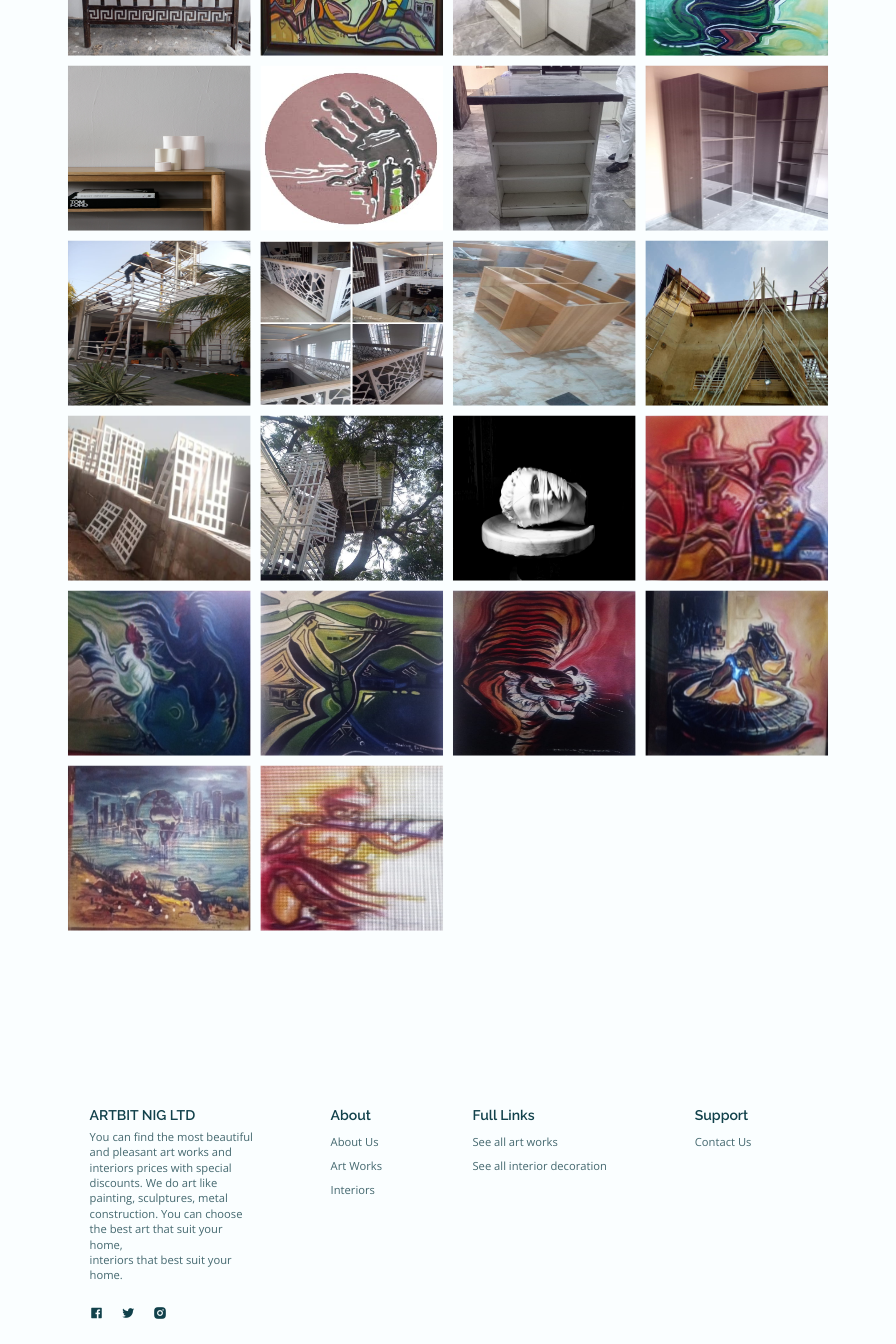
Repository: uche-hub/ARTBIT-WEB
Page: interiors.html
The author's editor kept a copy of each file at every save. The page is drawn from the files as they stood at one save, then again after the next save.
The browser window is 1280 px wide. The pictures show the part of the page from y = 1182 to 3102 px (the page is 3204 px tall), at 70% of full size.

Above is the page before, as saved 2021-11-17 15:39:52.
Console error: TypeError: Cannot read properties of null (reading 'classList')

### interiors.html
<!DOCTYPE html>
<html lang="en">
  <head>
    <meta charset="UTF-8" />
    <meta name="viewport" content="width=device-width, initial-scale=1.0" />

    <link rel="shortcut icon" href="assets/img/favicon.png" type="image/png" />

    <!--=============== REMIXICONS ===============-->
    <link
      href="https://cdn.jsdelivr.net/npm/remixicon@2.5.0/fonts/remixicon.css"
      rel="stylesheet"
    />

    <!--=============== SWIPER CSS ===============-->
    <link rel="stylesheet" href="assets/css/swiper-bundle.min.css" />

    <!--=============== CSS ===============-->
    <link rel="stylesheet" href="assets/css/styles.css" />
    <title>Art Work</title>
  </head>

  <body>
    <header class="header" id="header">
      <nav class="nav container">
        <a href="index.html" class="nav__logo">ARTBIT NIG LTD</a>

        <div class="nav__menu" id="nav-menu">
          <ul class="nav__list">
            <li class="nav__item">
              <a href="index.html" class="nav__link">Home</a>
            </li>
            <li class="nav__item">
              <a href="about.html" class="nav__link">About</a>
            </li>
            <li class="nav__item">
              <a href="interiors.html" class="nav__link active-link"
                >Interiors</a
              >
            </li>
            <li class="nav__item">
              <a href="art.html" class="nav__link">Art Works</a>
            </li>
            <li class="nav__item">
              <a href="contact.html" class="nav__link">Contact Us</a>
            </li>
          </ul>

          <div class="nav__dark">
            <!-- Theme change button -->
            <span class="change-theme-name">Dark mode</span>
            <i class="ri-moon-line change-theme" id="theme-button"></i>
          </div>

          <i class="ri-close-line nav__close" id="nav-close"></i>
        </div>

        <div class="nav__toggle" id="nav-toggle">
          <i class="ri-function-line"></i>
        </div>
      </nav>
    </header>

    <main class="main">
      <section class="home" id="home">
        <img src="assets/img/interiorsbg2.jpg" alt="" class="home__img" />

        <div class="home__container container grid">
          <div class="home__data">
            <span class="home__data-subtitle"
              >Discover all our interior designs</span
            >
            <h1 class="home__data-title">
              Explore The <br />Best <b>Beautiful home designs</b>
            </h1>
          </div>

          <div class="home__social">
            <a
              href="https://www.facebook.com/"
              target="_blank"
              class="home__social-link"
            >
              <i class="ri-facebook-box-fill"></i>
            </a>
            <a
              href="https://www.instagram.com/"
              target="_blank"
              class="home__social-link"
            >
              <i class="ri-instagram-fill"></i>
            </a>
            <a
              href="https://twitter.com/"
              target="_blank"
              class="home__social-link"
            >
              <i class="ri-twitter-fill"></i>
            </a>
          </div>
        </div>
      </section>

      <!--=============== ART GALLERY ===========-->
      <section class="art section" id="art">
        <div class="wrapper">
          <nav>
            <div class="items">
              <span class="item active" data-name="all">All</span>
              <span class="item" data-name="painting">Rooms</span>
              <span class="item" data-name="sculptures">Funituress</span>
            </div>
          </nav>
          <!--========= FILTER IMAGE ===========-->
          <div class="gallery">
            <div class="image" data-name="painting">
              <span
                ><img src="/assets/img/interior1.jpeg" alt="painting 1"
              /></span>
            </div>
            <div class="image" data-name="painting">
              <span><img src="/assets/img/act1.jpeg" alt="painting 1" /></span>
            </div>
            <div class="image" data-name="metal">
              <span><img src="/assets/img/i2.jpeg" alt="metal 1" /></span>
            </div>
            <div class="image" data-name="metal">
              <span><img src="/assets/img/a1.jpeg" alt="metal 1" /></span>
            </div>
            <div class="image" data-name="sculptures">
              <span
                ><img src="/assets/img/interiors3.jpg" alt="sculptures 1"
              /></span>
            </div>
            <div class="image" data-name="sculptures">
              <span><img src="/assets/img/a3.jpeg" alt="sculptures 1" /></span>
            </div>
            <div class="image" data-name="painting">
              <span><img src="/assets/img/i3.jpeg" alt="painting 2" /></span>
            </div>
            <div class="image" data-name="metal">
              <span><img src="/assets/img/i4.jpeg" alt="metal 2" /></span>
            </div>
            <div class="image" data-name="sculptures">
              <span><img src="/assets/img/i5.jpeg" alt="sculptures 2" /></span>
            </div>
            <div class="image" data-name="painting">
              <span><img src="/assets/img/i6.jpeg" alt="painting 3" /></span>
            </div>
            <div class="image" data-name="metal">
              <span><img src="/assets/img/i7.jpeg" alt="metal 3" /></span>
            </div>
            <div class="image" data-name="sculptures">
              <span><img src="/assets/img/i8.jpeg" alt="sculptures 3" /></span>
            </div>
            <div class="image" data-name="painting">
              <span><img src="/assets/img/i9.jpeg" alt="painting 4" /></span>
            </div>
            <div class="image" data-name="metal">
              <span><img src="/assets/img/i10.jpeg" alt="metal 4" /></span>
            </div>
            <div class="image" data-name="sculptures">
              <span><img src="/assets/img/s4.jpg" alt="sculptures 4" /></span>
            </div>




            <div class="image" data-name="painting">
              <span><img src="/assets/img/a4.jpeg" alt="painting 2" /></span>
            </div>
            <div class="image" data-name="metal">
              <span><img src="/assets/img/a5.jpeg" alt="metal 2" /></span>
            </div>
            <div class="image" data-name="sculptures">
              <span><img src="/assets/img/a6.jpeg" alt="sculptures 2" /></span>
            </div>
            <div class="image" data-name="painting">
              <span><img src="/assets/img/a7.jpeg" alt="painting 3" /></span>
            </div>
            <div class="image" data-name="metal">
              <span><img src="/assets/img/a8.jpeg" alt="metal 3" /></span>
            </div>
            <div class="image" data-name="sculptures">
              <span><img src="/assets/img/a9.jpeg" alt="sculptures 3" /></span>
            </div>
            <div class="image" data-name="painting">
              <span><img src="/assets/img/a10.jpeg" alt="painting 4" /></span>
            </div>
          </div>
        </div>
      </section>

      <!-- Full Screen Image Preview Box-->
      <div class="preview-box">
        <div class="details">
          <span class="title"
            >Image Category:
            <p>Not Defined</p></span
          >
          <span class="icon ri-close-line"></span>
        </div>
        <div class="image-box">
          <img src="" alt="" />
        </div>
      </div>

      <div class="shadow"></div>
    </main>

    <!--==================== FOOTER ====================-->
    <footer class="footer section">
      <div class="footer__container container grid">
        <div class="footer__content grid">
          <div class="footer__data">
            <h3 class="footer__title">ARTBIT NIG LTD</h3>
            <p class="footer__description">
              You can find the most beautiful and pleasant art works and
              interiors prices with special discounts. We do art like painting,
              sculptures, metal construction. You can choose the best art that
              suit your home, <br />
              interiors that best suit your home.
            </p>
            <div>
              <a
                href="https://www.facebook.com/"
                target="_blank"
                class="footer__social"
              >
                <i class="ri-facebook-box-fill"></i>
              </a>
              <a
                href="https://twitter.com/"
                target="_blank"
                class="footer__social"
              >
                <i class="ri-twitter-fill"></i>
              </a>
              <a
                href="https://www.instagram.com/"
                target="_blank"
                class="footer__social"
              >
                <i class="ri-instagram-fill"></i>
              </a>
            </div>
          </div>

          <div class="footer__data">
            <h3 class="footer__subtitle">About</h3>
            <ul>
              <li class="footer__item">
                <a href="#about" class="footer__link">About Us</a>
              </li>
              <li class="footer__item">
                <a href="#art" class="footer__link">Art Works</a>
              </li>
              <li class="footer__item">
                <a href="#interiors" class="footer__link">Interiors</a>
              </li>
            </ul>
          </div>

          <div class="footer__data">
            <h3 class="footer__subtitle">Full Links</h3>
            <ul>
              <li class="footer__item">
                <a href="art.html" class="footer__link">See all art works</a>
              </li>
              <li class="footer__item">
                <a href="" class="footer__link">See all interior decoration</a>
              </li>
            </ul>
          </div>

          <div class="footer__data">
            <h3 class="footer__subtitle">Support</h3>
            <ul>
              <li class="footer__item">
                <a href="" class="footer__link">Contact Us</a>
              </li>
            </ul>
          </div>
        </div>

        <div class="footer__rights">
          <p class="footer__copy">
            &#169; 2021 ARTBIT NIG LTD. All rigths reserved.
          </p>
        </div>
      </div>
    </footer>

    <!--========== SCROLL UP ==========-->
    <a href="#" class="scrollup" id="scroll-up">
      <i class="ri-arrow-up-line scrollup__icon"></i>
    </a>

    <!--=============== SCROLL REVEAL===============-->
    <script src="assets/js/scrollreveal.min.js"></script>

    <!--=============== SWIPER JS ===============-->
    <script src="assets/js/swiper-bundle.min.js"></script>

    <!--=============== MAIN JS ===============-->
    <script src="assets/js/art.js"></script>
  </body>
</html>

Loaded but not shown: assets/css/swiper-bundle.min.css (library); assets/js/scrollreveal.min.js (library); assets/js/swiper-bundle.min.js (library); assets/js/art.js (201 lines, source omitted); assets/css/styles.css (1203 lines, source omitted)

After the next save:
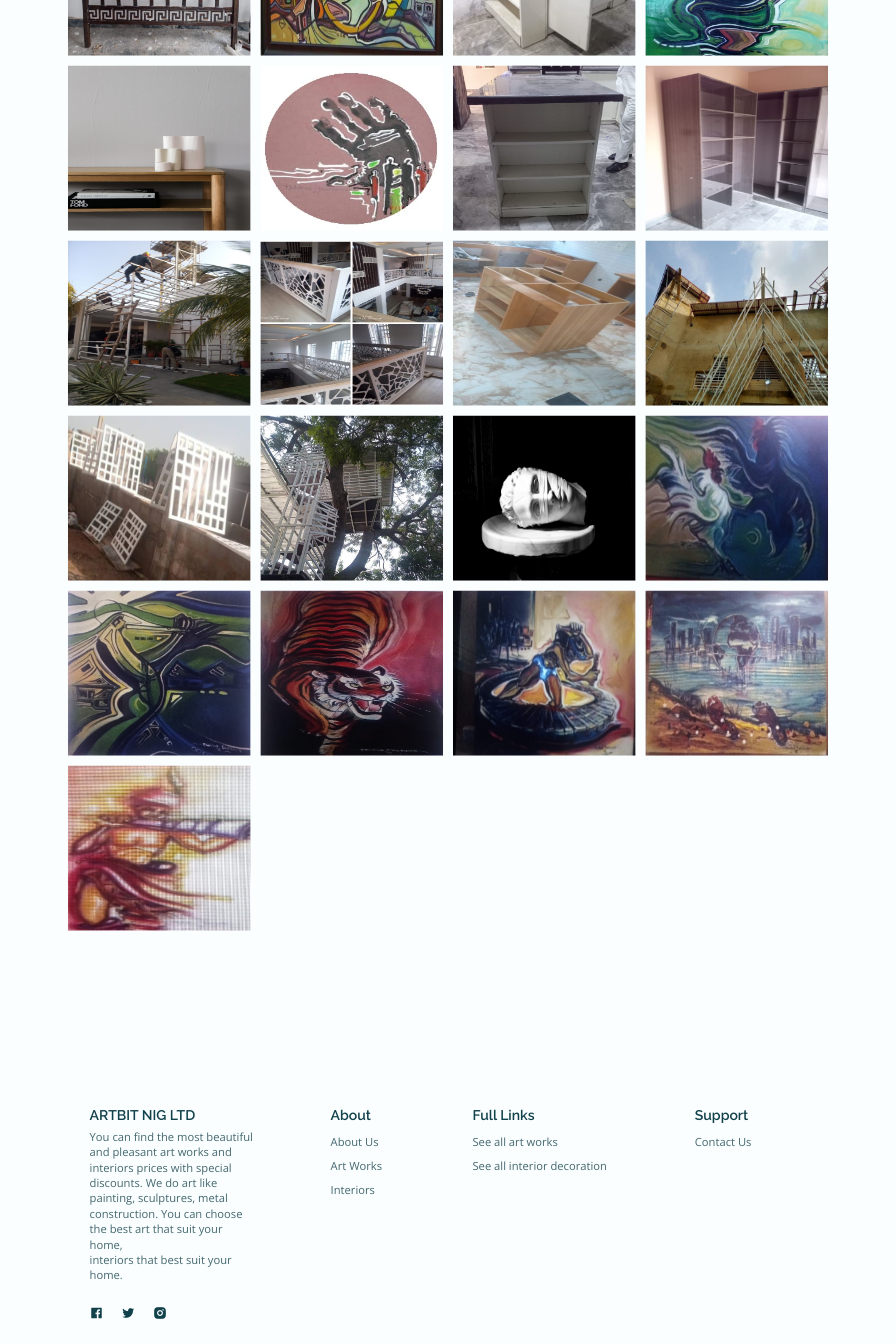
Saved 6 s later.
--- a/interiors.html
+++ b/interiors.html
@@ -166,9 +166,7 @@
 
 
 
-            <div class="image" data-name="painting">
-              <span><img src="/assets/img/a4.jpeg" alt="painting 2" /></span>
-            </div>
+
             <div class="image" data-name="metal">
               <span><img src="/assets/img/a5.jpeg" alt="metal 2" /></span>
             </div>
